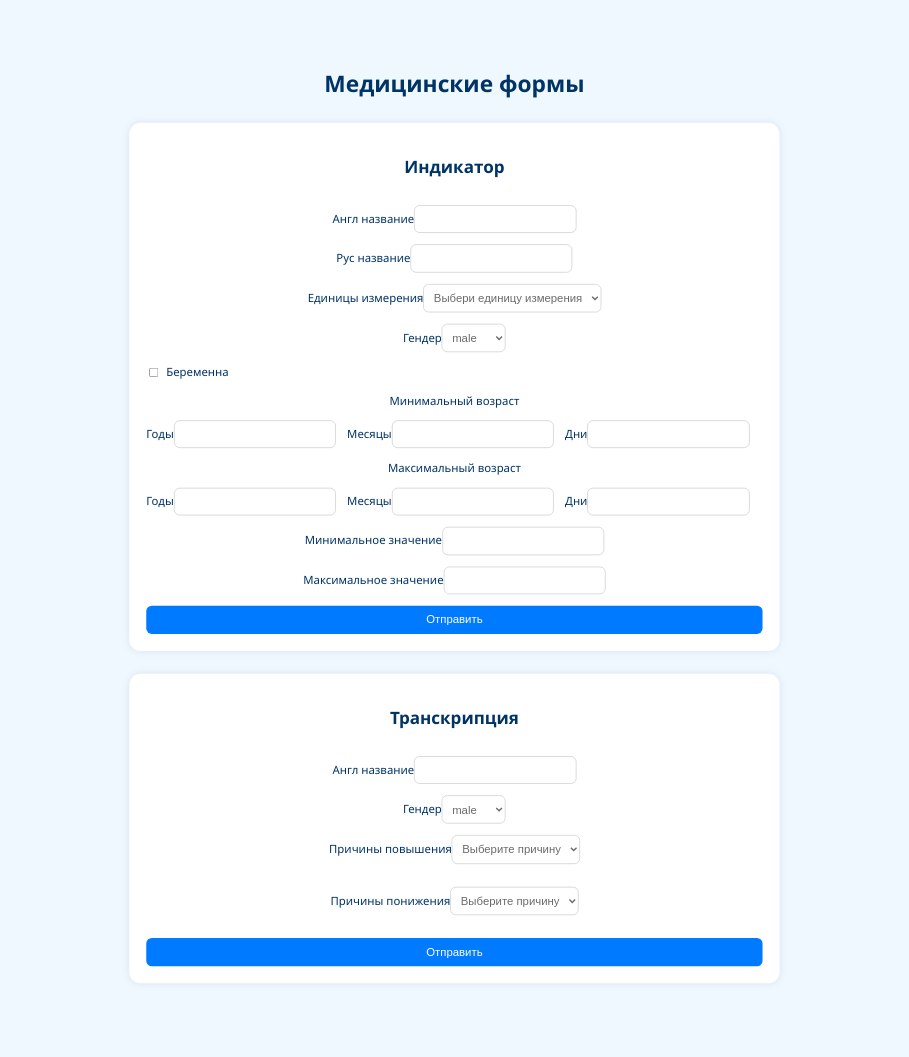
Repository: GGlebux/Transay
Page: / (app in frontend/)
The author's editor kept a copy of each file at every save. The page is drawn from the files as they stood at one save, then again after the next save.
The browser window is 1280 px wide. The pictures show the whole page, at 71% of full size.
The project was rebuilt for these pictures with package versions that can differ from the ones it lists, and the page was loaded fresh each time. Also part of the build but not shown: frontend/vite.config.ts.

Above is the page before, as saved 2025-08-04 16:32:34.

### frontend/src/index.css
:root {
  font-family: system-ui, Avenir, Helvetica, Arial, sans-serif;
  line-height: 1.5;
  font-weight: 400;
  background-color: #f0f8ff;
  color-scheme: light dark;
  color: rgba(255, 255, 255, 0.87);


  font-synthesis: none;
  text-rendering: optimizeLegibility;
  -webkit-font-smoothing: antialiased;
  -moz-osx-font-smoothing: grayscale;
}

input, select {
  background: #ffffff;
  color: rgb(105, 107, 107);
}

### frontend/src/App.tsx
import './styles/forms.css';
import IndicatorForm from './components/IndicatorForm';
import TranscriptForm from './components/TranscriptForm';

function App() {
  return (
    <div className="container">
      <h1>Медицинские формы</h1>
      <IndicatorForm />
      <TranscriptForm />
    </div>
  );
}

export default App;

### frontend/src/styles/forms.css
#root {
  max-width: 980px;
  margin: 0 auto;
  padding: 2rem;
  text-align: center;
  background-color: #f0f8ff;
}



.container {
  padding: 2rem;
  background-color: #f0f8ff;
  color: #003366;
  font-family: 'Segoe UI', sans-serif;
}

h1 {
  text-align: center;
  margin-bottom: 2rem;
}

.form-card {
  background: white;
  padding: 1.5rem;
  border-radius: 1rem;
  box-shadow: 0 0 12px rgba(0, 51, 102, 0.1);
  margin-bottom: 2rem;
  display: flex;
  flex-direction: column;
  gap: 1rem;
}

input,
select {
  padding: 0.6rem;
  border: 1px solid #ccc;
  border-radius: 8px;
  font-size: 1rem;
}

button {
  background-color: #007bff;
  color: white;
  border: none;
  padding: 0.7rem 1.5rem;
  font-size: 1rem;
  border-radius: 8px;
  cursor: pointer;
  transition: background 0.3s ease;
}

button:hover {
  background-color: #0056b3;
}

.age-row {
  display: flex;
  gap: 1rem;
}

.checkbox {
  display: flex;
  align-items: center;
  gap: 0.5rem;
}

.tag-container {
  display: flex;
  flex-wrap: wrap;
  gap: 0.5rem;
}

.tag {
  background-color: #e6f0ff;
  border: 1px solid #007bff;
  color: #003366;
  padding: 0.4rem 0.8rem;
  border-radius: 20px;
  display: flex;
  align-items: center;
  gap: 0.5rem;
}

.tag button {
  background: none;
  border: none;
  font-size: 1.2rem;
  color: #007bff;
  cursor: pointer;
}

### frontend/src/components/IndicatorForm.tsx
import { useState, useEffect } from 'react';

const genders = ['male', 'female', 'both'];

function IndicatorForm() {
  const [units, setUnits] = useState<string[]>([]);

  useEffect(() => {
    // Заменить на свой API
    setUnits(['mg/L', 'mmol/L', 'g/dL']);
  }, []);

return (
  <form className="form-card">
    <h2>Индикатор</h2>

    <label className="form-label">
      Англ название
      <input type="text" />
    </label>

    <label className="form-label">
      Рус название
      <input type="text" />
    </label>

    <label className="form-label">
      Единицы измерения
      <select>
        <option>Выбери единицу измерения</option>
        {units.map((u) => (
          <option key={u}>{u}</option>
        ))}
      </select>
    </label>

    <label className="form-label">
      Гендер
      <select>
        {genders.map((g) => (
          <option key={g} value={g}>
            {g}
          </option>
        ))}
      </select>
    </label>

    <label className="form-label checkbox">
      <input type="checkbox" />
      Беременна
    </label>

    <label className="form-label">Минимальный возраст</label>
    <div className="age-row">
      <label className="form-label">Годы<input type="number" /></label>
      <label className="form-label">Месяцы<input type="number" /></label>
      <label className="form-label">Дни<input type="number" /></label>
    </div>

    <label className="form-label">Максимальный возраст</label>
    <div className="age-row">
      <label className="form-label">Годы<input type="number" /></label>
      <label className="form-label">Месяцы<input type="number" /></label>
      <label className="form-label">Дни<input type="number" /></label>
    </div>

    <label className="form-label">
      Минимальное значение
      <input type="number" step="0.0001" />
    </label>

    <label className="form-label">
      Максимальное значение
      <input type="number" step="0.0001" />
    </label>

    <button type="submit">Отправить</button>
  </form>
);
}

export default IndicatorForm;

### frontend/src/components/TranscriptForm.tsx
import { useState } from 'react';

const genders = ['male', 'female', 'both'];
const exampleReasons = ['Стресс', 'Инфекция', 'Беременность', 'Физнагрузка'];

function TranscriptForm() {
  const [raiseReasons, setRaiseReasons] = useState<string[]>([]);
  const [lowerReasons, setLowerReasons] = useState<string[]>([]);

  const handleSelect = (type: 'raise' | 'lower', value: string) => {
    const set = type === 'raise' ? setRaiseReasons : setLowerReasons;
    const current = type === 'raise' ? raiseReasons : lowerReasons;
    if (!current.includes(value)) set([...current, value]);
  };

  const handleRemove = (type: 'raise' | 'lower', value: string) => {
    const set = type === 'raise' ? setRaiseReasons : setLowerReasons;
    const current = type === 'raise' ? raiseReasons : lowerReasons;
    set(current.filter((r) => r !== value));
  };

 return (
  <form className="form-card">
    <h2>Транскрипция</h2>

    <label className="form-label">
      Англ название
      <input type="text" />
    </label>

    <label className="form-label">
      Гендер
      <select>
        {genders.map((g) => (
          <option key={g} value={g}>
            {g}
          </option>
        ))}
      </select>
    </label>

    <label className="form-label">
      Причины повышения
      <select onChange={(e) => handleSelect('raise', e.target.value)}>
        <option>Выберите причину</option>
        {exampleReasons.map((r) => (
          <option key={r}>{r}</option>
        ))}
      </select>
    </label>

    <div className="tag-container">
      {raiseReasons.map((r) => (
        <span key={r} className="tag">
          {r}
          <button type="button" onClick={() => handleRemove('raise', r)}>
            ×
          </button>
        </span>
      ))}
    </div>

    <label className="form-label">
      Причины понижения
      <select onChange={(e) => handleSelect('lower', e.target.value)}>
        <option>Выберите причину</option>
        {exampleReasons.map((r) => (
          <option key={r}>{r}</option>
        ))}
      </select>
    </label>

    <div className="tag-container">
      {lowerReasons.map((r) => (
        <span key={r} className="tag">
          {r}
          <button type="button" onClick={() => handleRemove('lower', r)}>
            ×
          </button>
        </span>
      ))}
    </div>

    <button type="submit">Отправить</button>
  </form>
);
}

export default TranscriptForm;

Loaded but not shown: frontend/index.html (common file); frontend/src/main.tsx (common file)

After the next save:
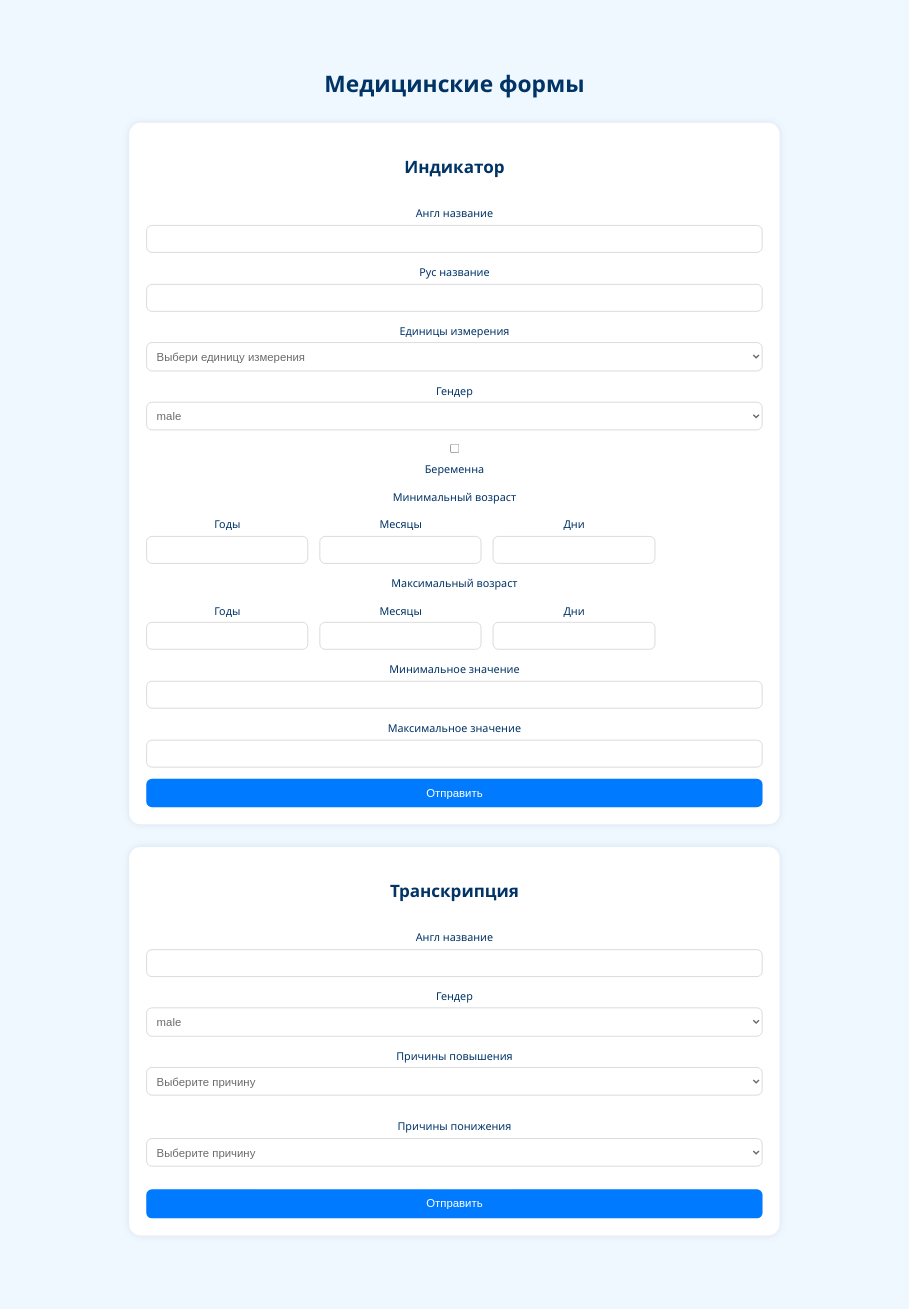
Saved 5 s later.
--- a/frontend/src/styles/forms.css
+++ b/frontend/src/styles/forms.css
@@ -6,6 +6,14 @@
   background-color: #f0f8ff;
 }
 
+.form-label {
+  display: flex;
+  flex-direction: column;
+  font-weight: 500;
+  color: #003366;
+  font-size: 0.95rem;
+  gap: 0.3rem;
+}
 
 
 .container {
